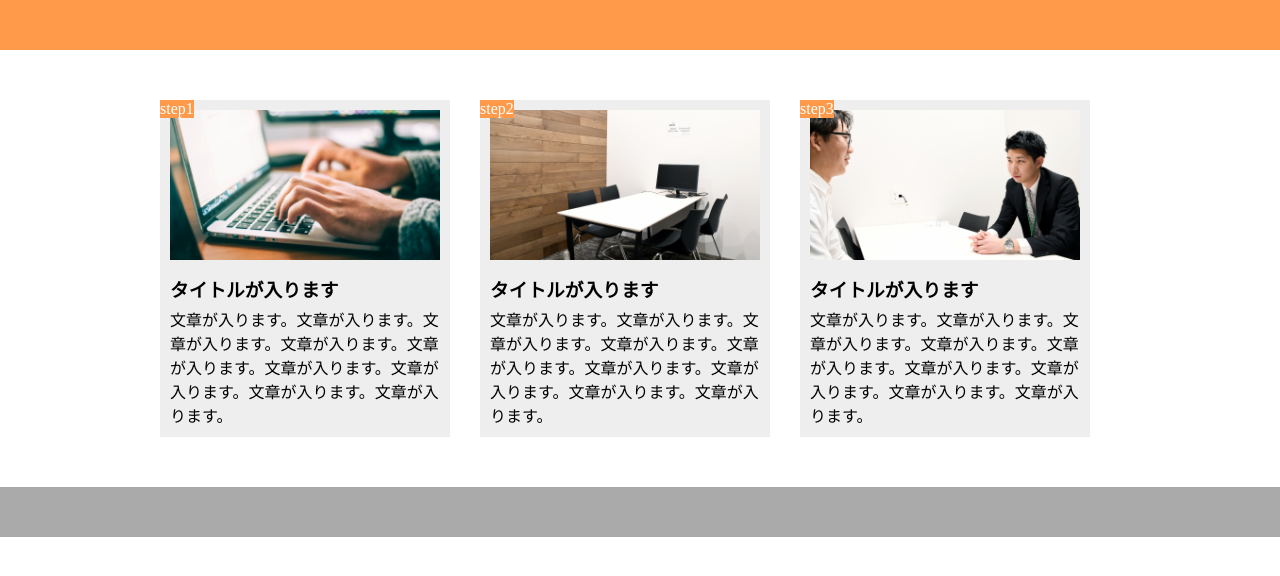
Repository: takuto27/ouyou
Page: chapter9-2_exercise/ensyu9-2.html
The author's editor kept a record of every edit. The page is drawn from the files as they stood at one moment, then again after the next edit.
The browser window is 1280 px wide. The pictures show the whole page.

Above is the page before.

After the next edit:
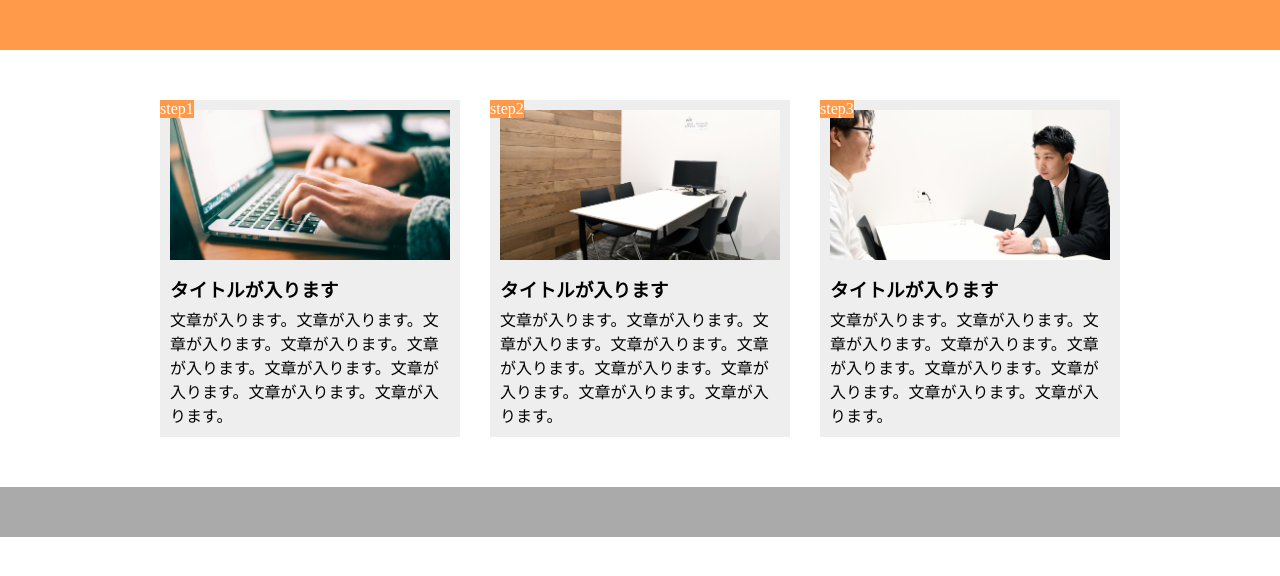
The edit:
--- a/chapter9-2_exercise/ensyu9-2.css
+++ b/chapter9-2_exercise/ensyu9-2.css
@@ -20,7 +20,7 @@
   position: relative;
   background-color: #eee;
 }
-.step-box:last-child {
+.box:last-child {
   margin-right: 0;
 }
 .step-img1 {
